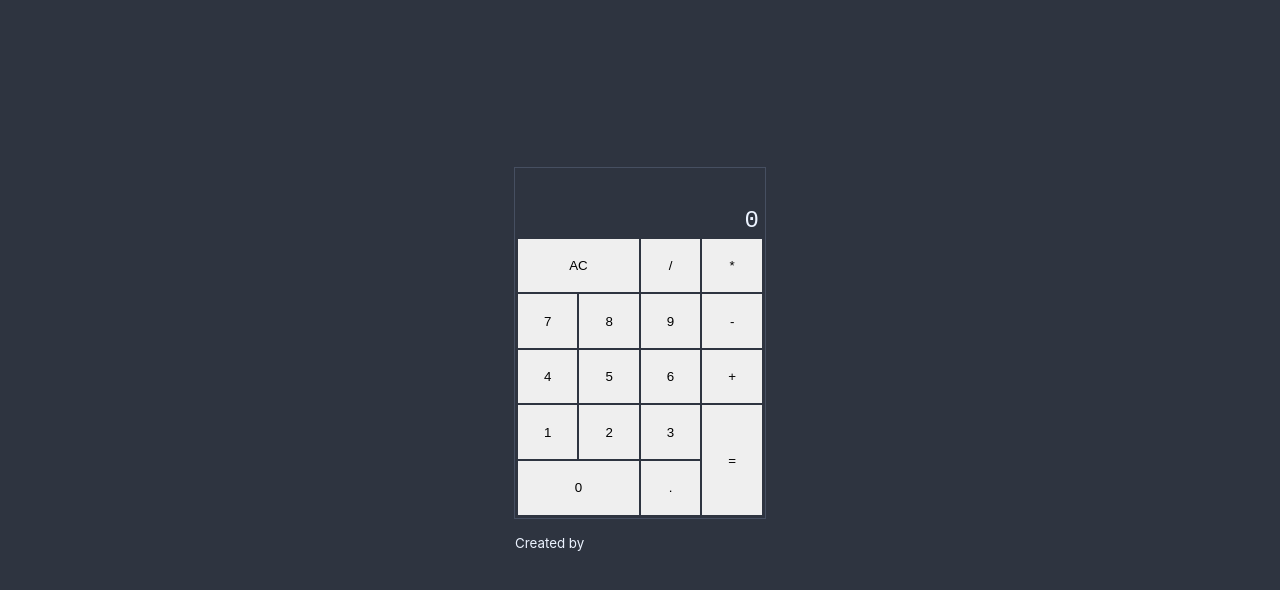
Repository: asing44/FCC
Page: / (app in Front-End-Projects/Calculator/)
The author's editor kept a copy of each file at every save. The page is drawn from the files as they stood at one save, then again after the next save.
The browser window is 1280 px wide. The pictures show the whole page.
The project was rebuilt for these pictures with package versions that can differ from the ones it lists, and the page was loaded fresh each time. Also part of the build but not shown: Front-End-Projects/Calculator/vite.config.js.

Above is the page before, as saved 2024-12-14 00:27:11.

After the next save:
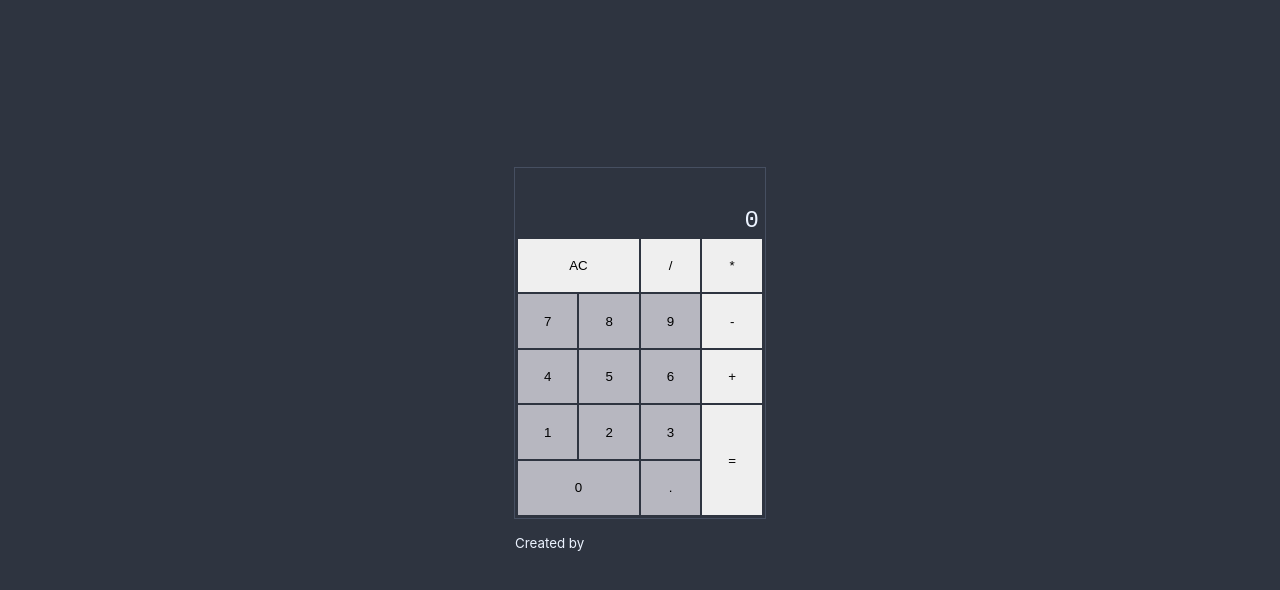
Saved 33 s later.
--- a/Front-End-Projects/Calculator/src/CalculatorMain.vue
+++ b/Front-End-Projects/Calculator/src/CalculatorMain.vue
@@ -155,7 +155,7 @@ function calculate() {
 /* -------------------------------------------------------------------------- */
 
 .btnDigit {
-    background-color:
+    background-color: #b7b7c0;
 }
 
 /* ---------------------------------- Areas --------------------------------- */
